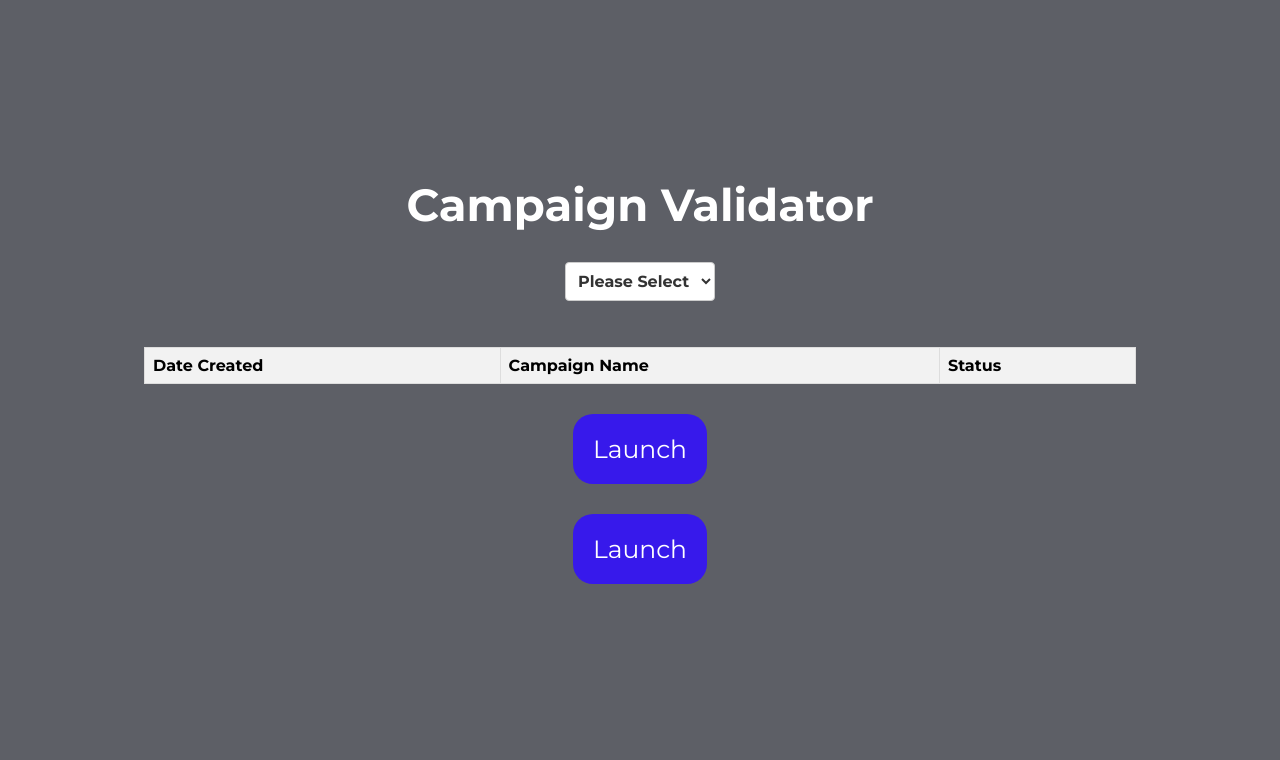
Repository: AbApin/project
Page: / (app in frontend/)
These files come from the project's save history. The page is drawn as it stood at one moment and after the next save; the edit follows.
The browser window is 1280 px wide. The pictures show the whole page.
The page's requests for data from a server got no answer. The project was rebuilt for these pictures with package versions that can differ from the ones it lists, and the page was loaded fresh each time. No one was signed in, and anything a server would have sent is missing. Also part of the build but not shown: frontend/vue.config.js.

Above is the page before, as saved 2023-02-22 11:55:33.

### frontend/public/index.html
<!DOCTYPE html>
<html lang="">
  <head>
    <meta charset="utf-8" />
    <meta http-equiv="X-UA-Compatible" content="IE=edge" />
    <meta name="viewport" content="width=device-width,initial-scale=1.0" />
    <link rel="icon" href="<%= BASE_URL %>favicon.ico" />
    <title><%= htmlWebpackPlugin.options.title %></title>
    <link
      href="https://fonts.googleapis.com/css?family=Montserrat:100,200,300,regular,500,600,700,800,900,100italic,200italic,300italic,italic,500italic,600italic,700italic,800italic,900italic"
      rel="stylesheet"
    />
  </head>
  <body>
    <noscript>
      <strong
        >We're sorry but <%= htmlWebpackPlugin.options.title %> doesn't work properly without
        JavaScript enabled. Please enable it to continue.</strong
      >
    </noscript>
    <div id="app"></div>
    <!-- built files will be auto injected -->
  </body>
</html>

### frontend/src/App.vue
<template>
  <div id="app">
    <h1 class="appTitle">Campaign Validator</h1>
    <CampaignList @selected-campaign="handleCampaignSelected" />
    <table>
      <thead>
        <tr>
          <th>Date Created</th>
          <th>Campaign Name</th>
          <th>Status</th>
        </tr>
      </thead>
      <tbody>
        <tr v-for="test in tests" :key="test.id">
          <td>{{ test.date }}</td>
          <td>{{ test.campaign }}</td>
          <td :class="test.status ? 'status-passed' : 'status-failed'">
            {{ test.status ? 'Passed' : 'Failed' }}
          </td>
        </tr>
      </tbody>
    </table>
    <button class="launchBtn" @click="createTest">launch</button>
    <button class="deleteBtn" @click="createTest">launch</button>
  </div>
</template>

<script>
import axios from 'axios';
import CampaignList from './components/CampaignList.vue';

export default {
  components: { CampaignList },
  name: 'App',
  data() {
    return {
      selectedCampaign: '',
      tests: [],
    };
  },
  async mounted() {
    await axios
      .get('/api/tests')
      .then((response) => {
        this.tests = response.data;
      })
      .catch((error) => {
        console.log(error);
      });
  },
  methods: {
    async createTest() {
      await axios
        .post(`/api/tests/${this.selectedCampaign.name}`)
        .then((response) => {
          this.tests = response.data;
        })
        .catch((error) => {
          console.log(error);
        });
    },
    handleCampaignSelected(campaign) {
      this.selectedCampaign = campaign;
    },
  },
};
</script>

<style>
* {
  margin: 0;
  padding: 0;
  box-sizing: 0;
  font-family: 'Montserrat', sans-serif;
}
#app {
  background: #5d5f66;
  display: flex;
  align-items: center;
  justify-content: center;
  flex-direction: column;
  gap: 30px;
  padding: 20px;
  height: 100vh;
}
.appTitle {
  font-size: 45px;
  color: #fff;
}
.launchBtn,
.deleteBtn {
  font-size: 25px;
  text-transform: capitalize;
  padding: 20px;
  border-radius: 20px;
  border: 0;
  background: rgba(55, 25, 235, 1);
  color: #fff;
  cursor: pointer;
  transition: all 0.3s ease-in;
}
.launchBtn:hover {
  box-shadow: 0 0 10px rgba(55, 25, 235, 1);
}
select.campaignsList {
  font-size: 16px;
  font-weight: bold;
  color: #333;
  padding: 8px;
  margin-bottom: 16px;
  border: 1px solid #ccc;
  border-radius: 4px;
  background-color: #fff;
  cursor: pointer;
  transition: all 0.3s;
}

select.campaignsList:hover {
  border-color: #999;
}

select.campaignsList:focus {
  outline: none;
  border-color: #4d90fe;
  box-shadow: 0 0 0 2px rgba(77, 144, 254, 0.2);
}

.campaignOption {
  font-size: 14px;
  font-weight: normal;
}

.campaignOption:hover {
  background-color: #f2f2f2;
}

/* table */
table {
  border-collapse: collapse;
  width: 80%;
}
thead th {
  background-color: #f2f2f2;
  border: 1px solid #ddd;
  padding: 8px;
  text-align: left;
}
tbody td {
  border: 1px solid #ddd;
  padding: 8px;
}
tbody tr {
  background-color: #ddd;
}
tbody tr:hover {
  background-color: #fff;
}
.status-passed {
  color: green;
}
.status-failed {
  color: red;
}
</style>

### frontend/src/components/CampaignList.vue
<template>
  <select class="campaignsList" v-model="selectedCampaign" @input="emitSelectedCampaign">
    <option class="campaignOption" disabled value="">Please Select</option>
    <option
      class="campaignOption"
      :value="campaign"
      v-for="campaign in campaigns"
      :key="campaign.id"
    >
      {{ campaign.name }}
    </option>
  </select>
</template>

<script>
import axios from 'axios';

export default {
  name: 'CampaignList',
  data() {
    return {
      selectedCampaign: '',
      campaigns: [],
    };
  },
  async mounted() {
    await axios
      .get('/api/campaigns')
      .then((response) => {
        this.campaigns = response.data.campaigns;
      })
      .catch((error) => {
        console.log(error);
      });
  },
  methods: {
    emitSelectedCampaign() {
      this.$emit('selected-campaign', this.selectedCampaign);
    },
  },
  emits: ['selected-campaign'],
};
</script>

<style></style>

Loaded but not shown: frontend/src/main.js (common file)

After the next save:
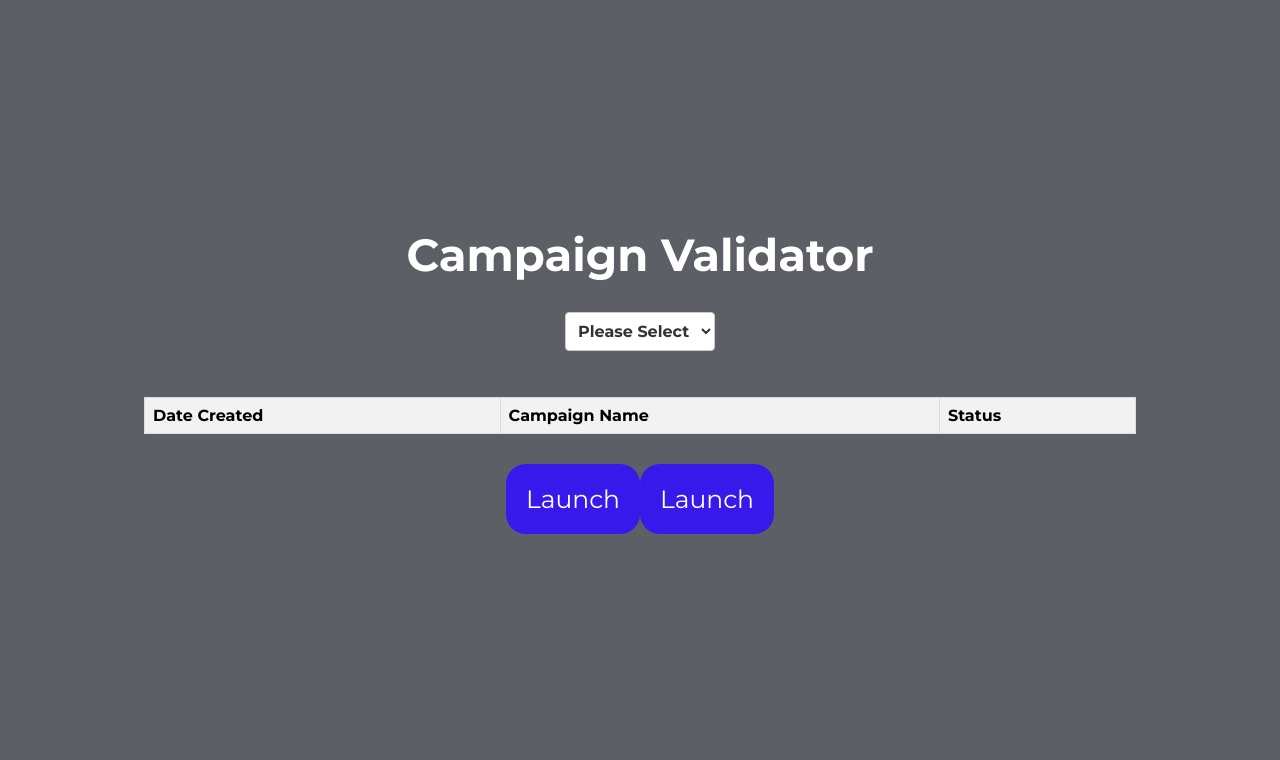
Saved 14 s later.
--- a/frontend/src/App.vue
+++ b/frontend/src/App.vue
@@ -20,8 +20,10 @@
         </tr>
       </tbody>
     </table>
-    <button class="launchBtn" @click="createTest">launch</button>
-    <button class="deleteBtn" @click="createTest">launch</button>
+    <div class="btnsContainer">
+      <button class="launchBtn" @click="createTest">launch</button>
+      <button class="deleteBtn" @click="createTest">launch</button>
+    </div>
   </div>
 </template>
 
